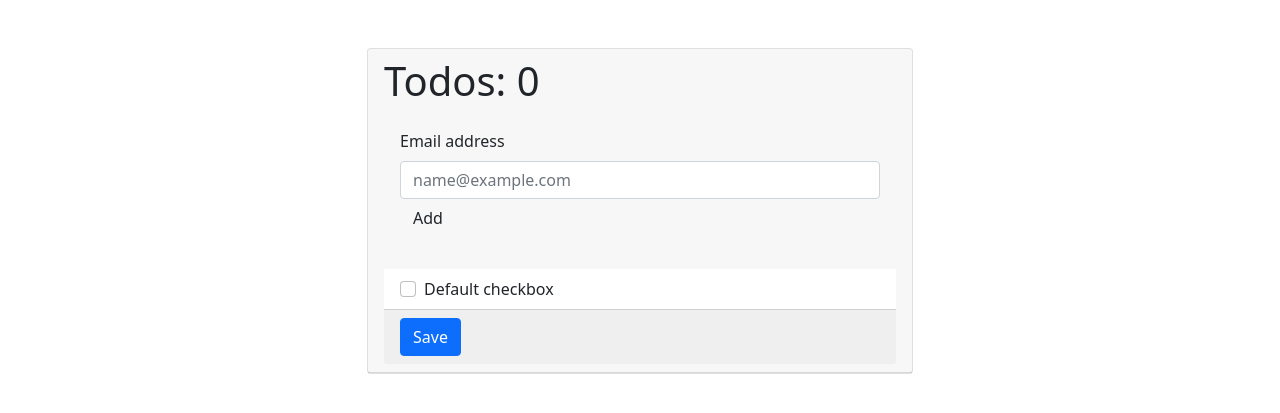
Repository: saidabbasun/TODO-react-redux
Page: /
These files come from the project's save history. The page is drawn as it stood at one moment and after the next save; the edit follows.
The browser window is 1280 px wide. The pictures show the whole page.
The project was rebuilt for these pictures with package versions that can differ from the ones it lists, and the page was loaded fresh each time.

Above is the page before, as saved 2022-05-17 12:06:28.

### public/index.html
<!DOCTYPE html>
<html lang="en">
  <head>
    <meta charset="utf-8" />

    <meta name="viewport" content="width=device-width, initial-scale=1" />
    <meta name="theme-color" content="#000000" />
    <meta
      name="description"
      content="Web site created using create-react-app"
    />
    <link href="https://cdn.jsdelivr.net/npm/bootstrap@5.0.2/dist/css/bootstrap.min.css" rel="stylesheet" integrity="sha384-EVSTQN3/azprG1Anm3QDgpJLIm9Nao0Yz1ztcQTwFspd3yD65VohhpuuCOmLASjC" crossorigin="anonymous">

    <title>React App</title>
  </head>
  <body>

    <div id="root"></div>

  </body>
</html>

### src/index.js
import React from 'react';
import ReactDOM from 'react-dom/client';
import App from './App';

const root = ReactDOM.createRoot(document.getElementById('root'));
root.render(
  <React.StrictMode>
    <App />
  </React.StrictMode>
);

### src/App.jsx
function App() {
  return (
    <div className="container">
      <div className="row">
        <div className="col-md-6 offset-md-3">
          <div className="card mt-5">
            <div className="card-header">
              <h1>Todos: 0</h1>
              <div>
                <div className="card-body">
                <form class="mb-3 display-fle">
   <div> <label for="exampleFormControlInput1" class="form-label">Email address</label>
  <input type="email" class="form-control" id="exampleFormControlInput1" placeholder="name@example.com"/>
</div>
  <button className=" btn btn-succes"> Add</button>
</form>
                </div>
                  <ul class="list-group list-group-flush">
                    <li class="list-group-item">
                    <input class="form-check-input me-2" type="checkbox" value="" id="flexCheckDefault"/>
                    <label class="form-check-label" for="flexCheckDefault">
                       Default checkbox
                    </label>
                    </li>

                  </ul>

                <div className=" card-footer">
                  <button className="btn btn-primary">Save</button>
                </div>
              </div>
            </div>
          </div>
        </div>
      </div>
    </div>
  );
}

export default App;

After the next save:
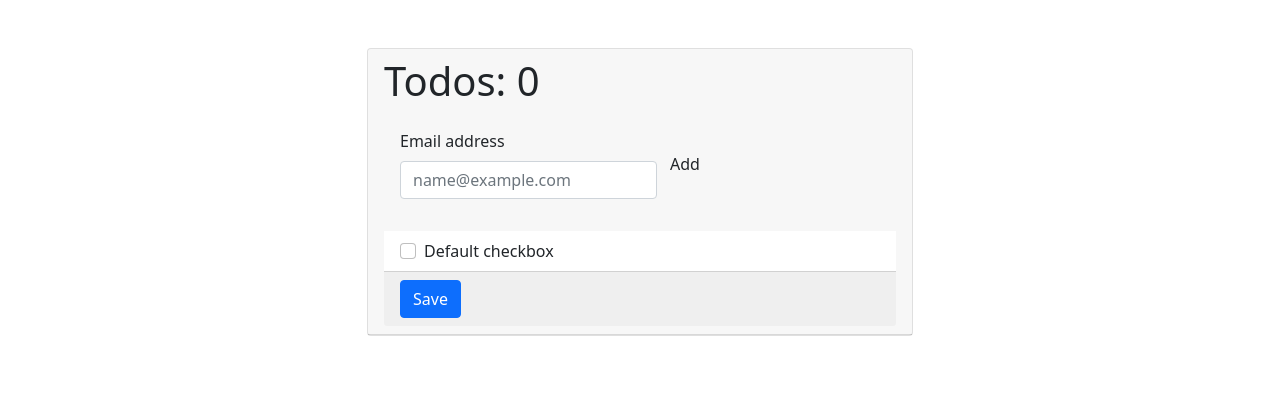
Saved 11 s later.
--- a/src/App.jsx
+++ b/src/App.jsx
@@ -8,7 +8,7 @@ function App() {
               <h1>Todos: 0</h1>
               <div>
                 <div className="card-body">
-                <form class="mb-3 display-fle">
+                <form class="mb-3 d-flex just">
    <div> <label for="exampleFormControlInput1" class="form-label">Email address</label>
   <input type="email" class="form-control" id="exampleFormControlInput1" placeholder="name@example.com"/>
 </div>
